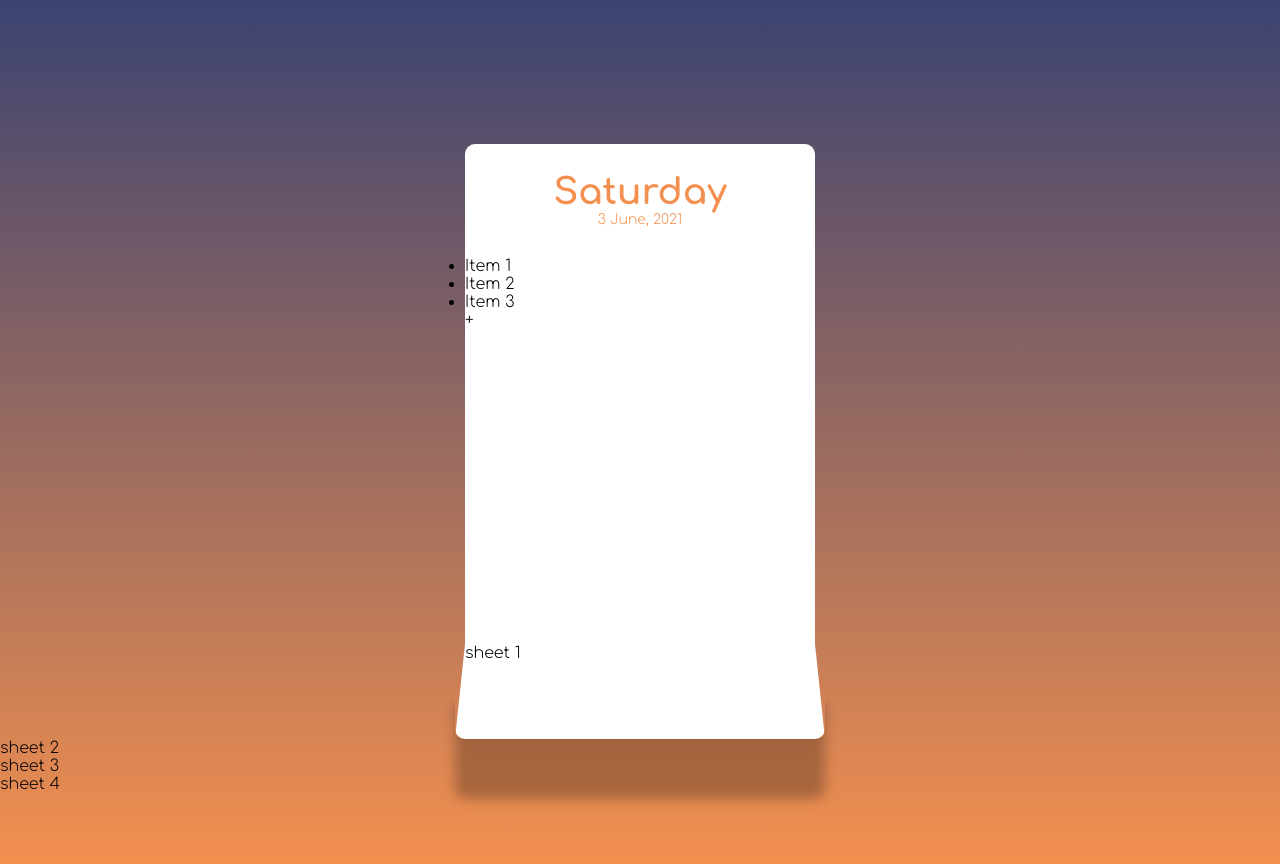
Repository: Colo-Codes/mini-projects
Page: todo-app/index.html
An editor plug-in stored every save of this project. The page is shown before and after the next save, followed by the edit.
The browser window is 1280 px wide. The pictures show the whole page.

Above is the page before, as saved 2021-07-04 11:35:12.

After the next save:
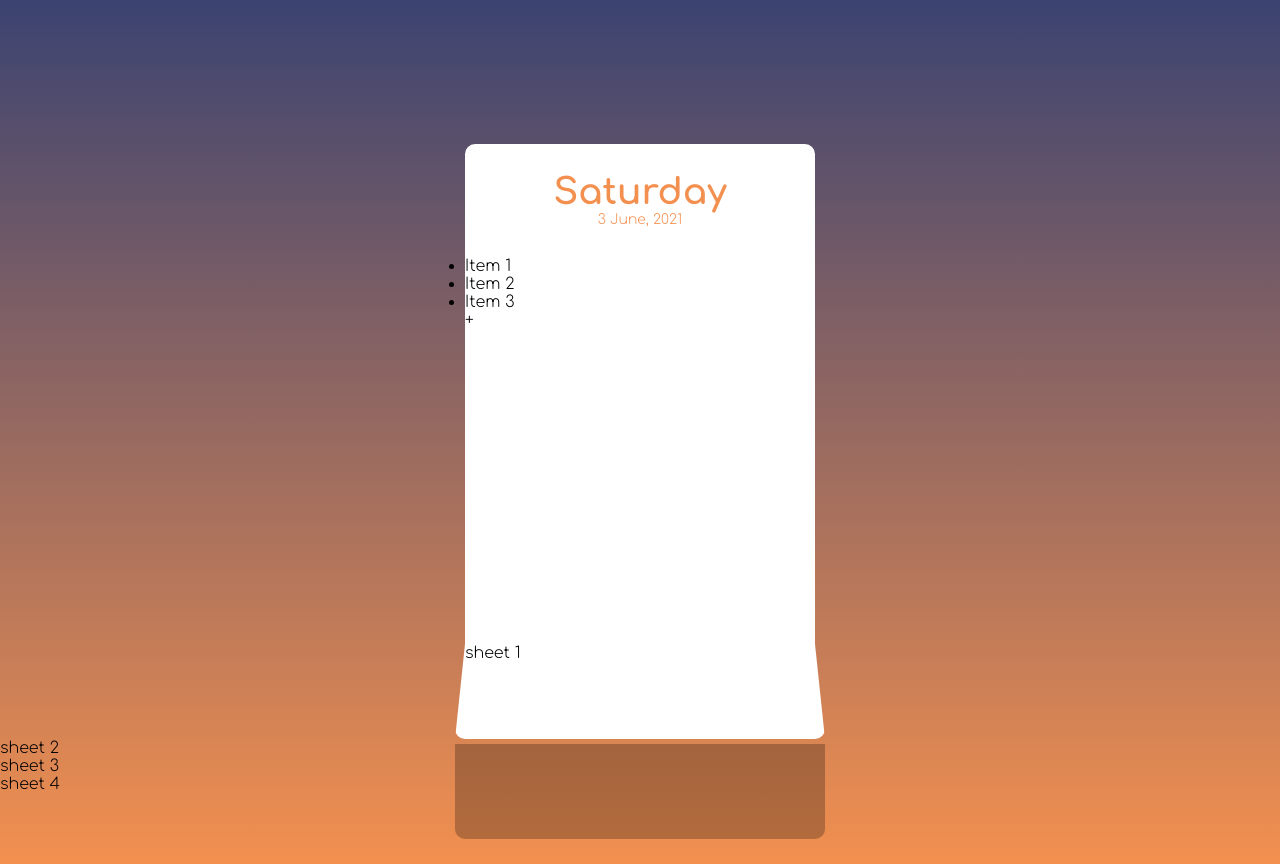
Saved 7 s later.
--- a/todo-app/css/index.css
+++ b/todo-app/css/index.css
@@ -54,7 +54,7 @@ body {
     border-right: 10px solid transparent;
     /* height: 0; */
     /* width: 100px; */
-    box-shadow: 0px 60px 12px rgba(0, 0, 0, 0.25);
+    box-shadow: 0px 100px 0px rgba(0, 0, 0, 0.25);
 }
 
 #todo--header header {
